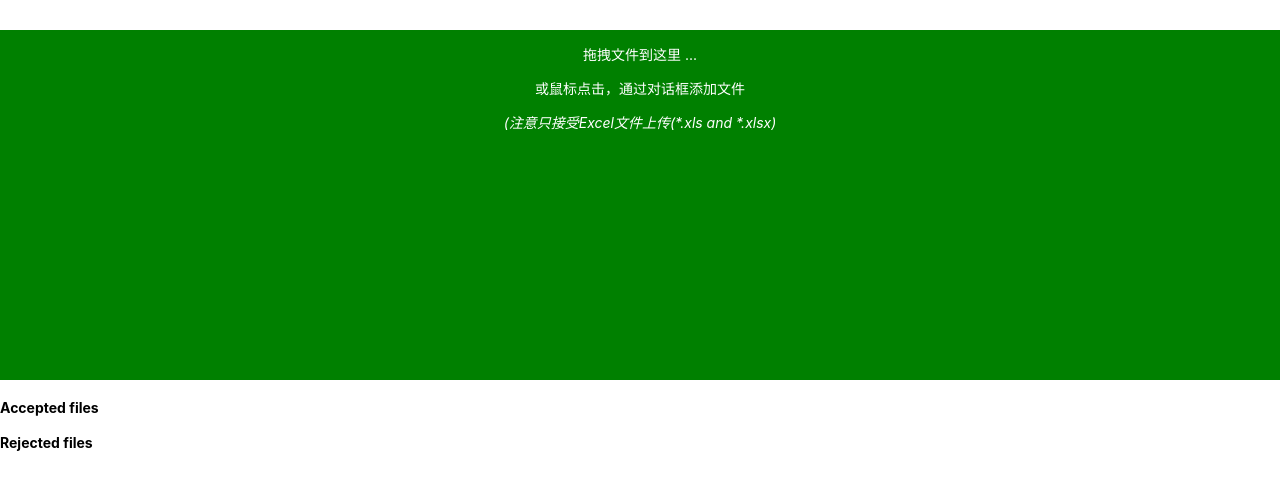
Repository: enigmawxy/abi2020
Page: /
An editor plug-in stored every save of this project. The page is shown before and after the next save, followed by the edit.
The browser window is 1280 px wide. The pictures show the whole page.
The page's requests for data from a server got no answer. The project was rebuilt for these pictures with package versions that can differ from the ones it lists, and the page was loaded fresh each time. No one was signed in, and anything a server would have sent is missing. Also part of the build but not shown: src/components/login/login.scss, src/components/login/login.jsx, src/common/header.scss, src/common/header.jsx, src/common/footer.scss, src/common/footer.jsx, src/components/register/content.scss, src/components/register/content.jsx and 3 more.

Above is the page before, as saved 2020-08-19 10:53:29.

### src/App.js
import React from 'react';
import './App.css';
import Login from './components/login/login'
import Register from './components/register/register';
import Accept from './common/Accept';
import Previews from './common/Previews'

function App() {
  return (
    <div className="App">
      <Accept/>
    </div>
  );
}

export default App;

### src/common/Accept.jsx
import React, { useState, useEffect } from 'react';
import {useDropzone} from 'react-dropzone';
import './Accept.scss'

function Accept(props) {
  const [curr, setFile] = useState('')
  const [currFile, setCurrFile] = useState(null)

  const {
    acceptedFiles,
    fileRejections,
    getRootProps,
    getInputProps,
    isDragActive,
    isDragAccept,
    isDragReject
  } = useDropzone({
    accept: ".csv,application/vnd.ms-excel,application/vnd.openxmlformats-officedocument.spreadsheetml.sheet"
  });

  useEffect(()=>{
    console.log(curr, currFile)
    let serverURL = "http://localhost:9093/manage/bi/uploadExcelTest"
    const xhr = new XMLHttpRequest();
    const fd = new FormData();
    xhr.onreadystatechange = function() {
      if (xhr.readyState === 4 && xhr.status === 200) {
          console.log(xhr.responseText)
      }
    };

    xhr.upload.addEventListener("progress", function(event) {
      if(event.lengthComputable){
          //setProgress(Math.ceil(event.loaded * 100 / event.total) + "%")
      }
    }, false);

    fd.append("file", currFile);
    xhr.open("POST", serverURL, true);
    xhr.send(fd);
  }, [curr])

  const acceptedFileItems = acceptedFiles.map(file => {
    // 上传文件, 下面几行代码是为了解决重复上传的问题，因为拖拽时
    // 这个功能不断被调用，文件都是同一个文件所以使用这两个变量来实现
    // 文件上传的动作在useEffect副作用中执行。
    if(curr == '') {
      setFile(file.name)
      setCurrFile(file)
    }
    else {
      if(curr !== file.name) {
        setFile(file.name)
        setCurrFile(file)
      }
    }

    return (
      <li key={file.path}>
        {file.path} - {file.size} bytes
      </li>
    )
  });

  const fileRejectionItems = fileRejections.map(({ file, errors }) => {
    console.log(file);
    return (
      <li key={file.path}>
        {file.path} - {file.size} bytes
        <ul>
          {errors.map(e => (
            <li key={e.code}>{e.message}</li>
          ))}
        </ul>
      </li>
  )});

  return (
    <section className="container">
      <div {...getRootProps({ className: 'dropzone' })}>
        <input {...getInputProps()} />
        {isDragAccept && (<p>文件被接受</p>)}
        {isDragReject && (<p>文件被拒收</p>)}
        {!isDragActive && (<p>拖拽文件到这里 ...</p>)}
        <p>或鼠标点击，通过对话框添加文件</p>
        <em>(注意只接受Excel文件上传(*.xls and *.xlsx)</em>
      </div>
      <aside>
        <h4>Accepted files</h4>
        <ul>{acceptedFileItems}</ul>
        <h4>Rejected files</h4>
        <ul>{fileRejectionItems}</ul>
      </aside>
    </section>
  );
}

export default Accept

### src/common/Accept.scss
.container {
    width: 100%;
    height: 100%;
    display: flex;
    flex-direction: column;
    .dropzone {
        height: 350px;
        margin-top: 30px;
        background: green;
        text-align: center;
        p, em {
            color: #fff;
        }
    }
    aside {
        flex: 1;
        background: #fff;
    }
}

.progress-bar {
    border: 1px solid #000;
    .progress {
        width: 0;
        background: #DEDEDE;
        height: 20px;
    }
}

Loaded but not shown: src/index.js (common file); src/index.css (common file); src/serviceWorker.js (common file); src/App.css (common file)

After the next save:
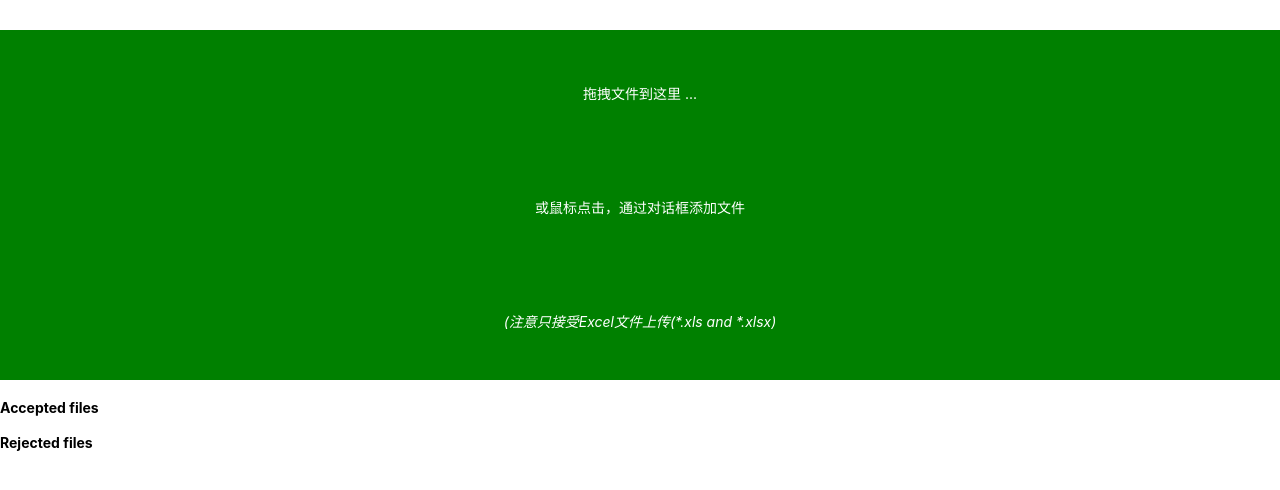
Saved 45 s later.
--- a/src/common/Accept.scss
+++ b/src/common/Accept.scss
@@ -9,6 +9,8 @@
         background: green;
         text-align: center;
         p, em {
+            height: 100px;
+            line-height: 100px;
             color: #fff;
         }
     }
